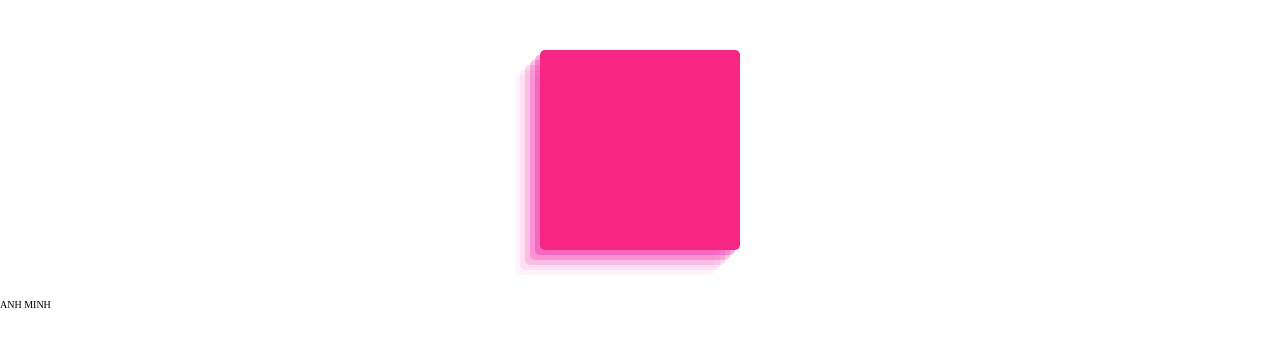
Repository: DQNam2202/HTML_CSS_Basic
Page: Chuong-03/index.html
An editor plug-in stored every save of this project. The page is shown before and after the next save, followed by the edit.
The browser window is 1280 px wide. The pictures show the whole page.

Above is the page before, as saved 2021-09-03 19:18:28.

After the next save:
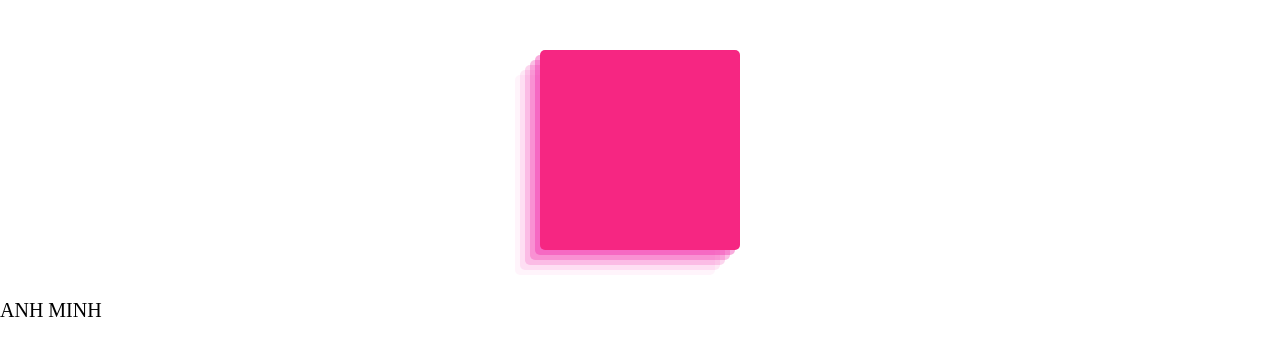
Saved 24 s later.
--- a/Chuong-03/style.css
+++ b/Chuong-03/style.css
@@ -123,3 +123,10 @@
     rgba(240, 46, 170, 0.1) -20px 20px,
     rgba(240, 46, 170, 0.05) -25px 25px;
 }
+
+.text-shadow {
+  font-size: 2rem;
+  color: ;
+  font-weight: normal;
+  line-height: inherit;
+}
